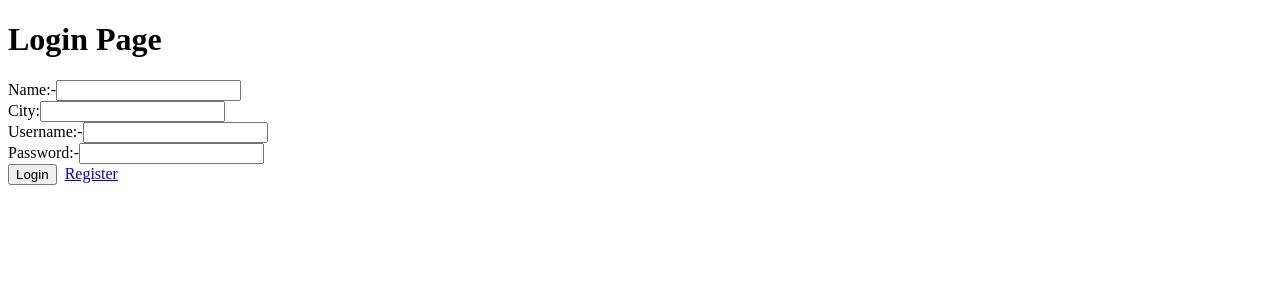
Repository: shanihrj/Spring
Page: http://localhost/SpringCurdMVC/JSP/Login.jsp
An editor plug-in stored every save of this project. The page is shown before and after the next save, followed by the edit.
The browser window is 1280 px wide. The pictures show the whole page.
The page is served by Tomcat 9.

Above is the page before, as saved 2018-10-15 03:29:18.

After the next save:
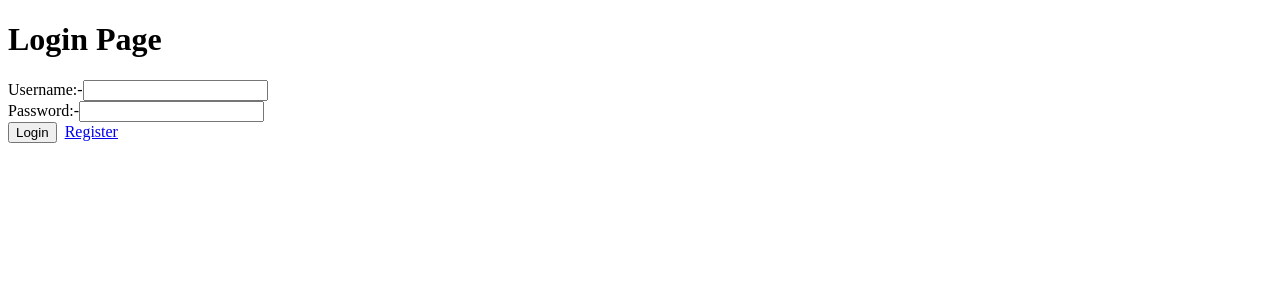
Saved 83 s later.
--- a/Test/SpringCurdMVC/WebContent/JSP/Login.jsp
+++ b/Test/SpringCurdMVC/WebContent/JSP/Login.jsp
@@ -8,8 +8,7 @@
 </head>
 <body>
 <h1>Login Page</h1>
-Name:-<input type="text" name="name"><br>
-City:<input type="text" name="city"><br>
+
 Username:-<input type="text" name="uname"><br>
 Password:-<input type="password" name="pass"><br>
 
